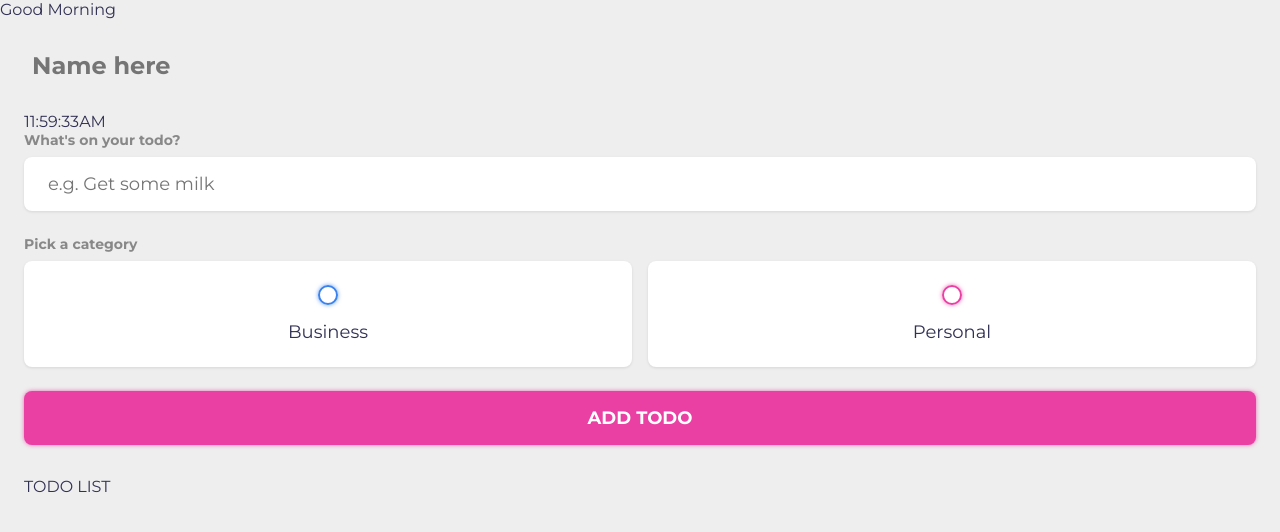
Repository: kluivert-ssali/kaDo_final
Page: index.html
The author's editor kept a copy of each file at every save. The page is drawn from the files as they stood at one save, then again after the next save.
The browser window is 1280 px wide. The pictures show the whole page.
Some web libraries are served in a nearby version.

Above is the page before, as saved 2023-06-11 20:22:29.

After the next save:
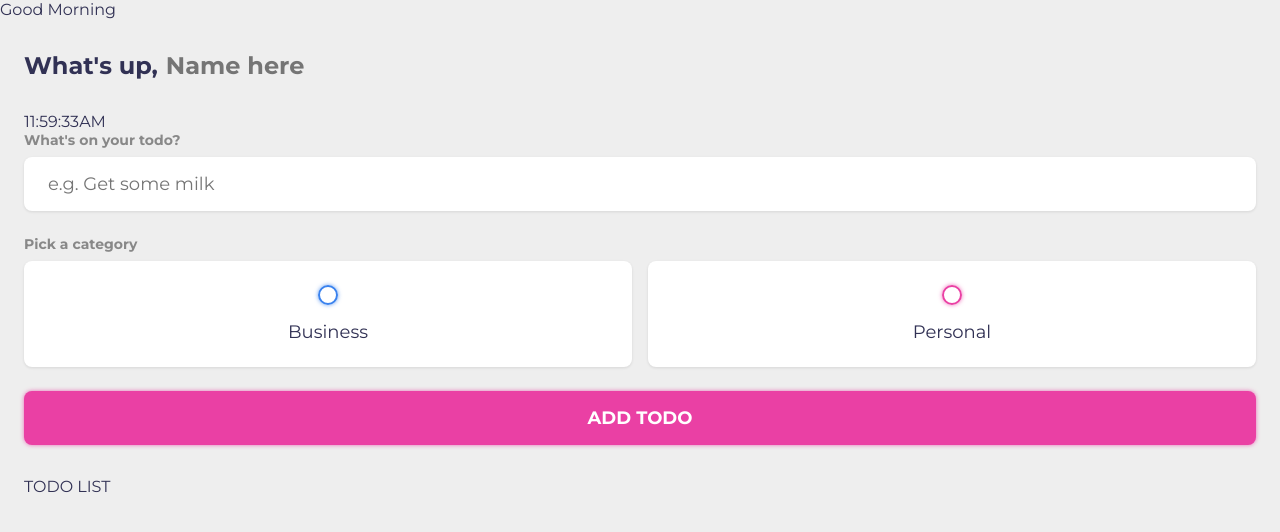
Saved 63 s later.
--- a/index.html
+++ b/index.html
@@ -25,8 +25,7 @@
       <h3 class="day-message"></h3>
       <section class="greeting">
         <h2 class="title">
-          <span class="day-message"></span
-          ><input type="text" id="name" placeholder="Name here" />
+          What's up,<input type="text" id="name" placeholder="Name here" />
         </h2>
       </section>
       <!-- End of Greeting -->
